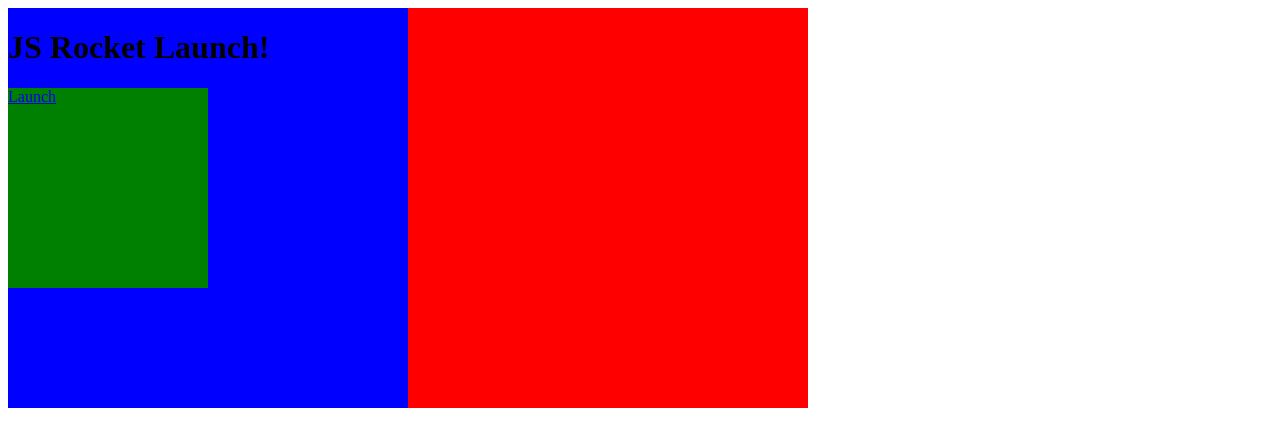
Repository: alcarrizo/Rocket-launch
Page: index.html
These files come from the project's save history. The page is drawn as it stood at one moment and after the next save; the edit follows.
The browser window is 1280 px wide. The pictures show the whole page.

Above is the page before, as saved 2022-10-19 19:14:59.

After the next save:
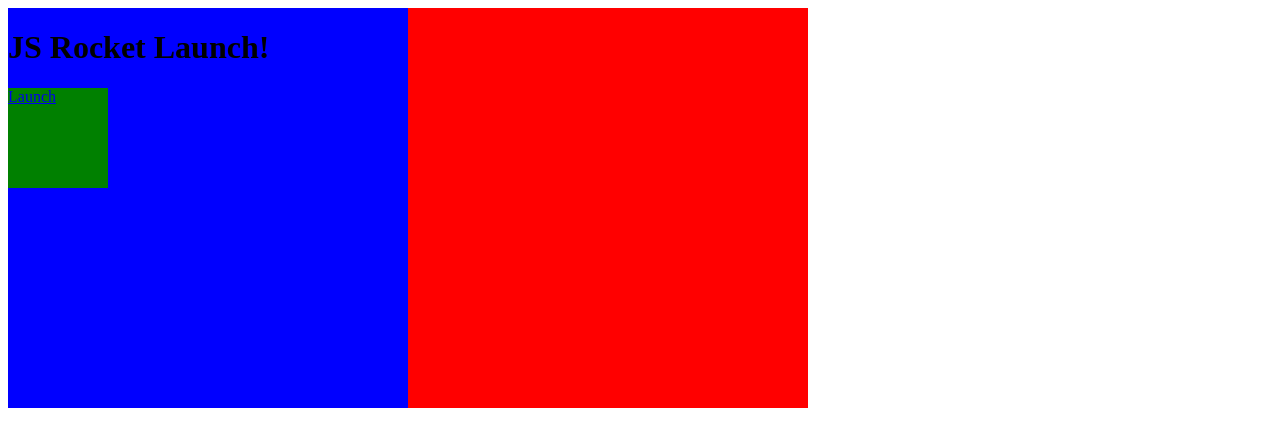
Saved 8 s later.
--- a/css/style.css
+++ b/css/style.css
@@ -16,8 +16,8 @@ body {
 
 a.button {
     display: block;
-    height: 200px;
-    width: 200px;
+    height: 100px;
+    width: 100px;
     background-color: green;
 
 }
